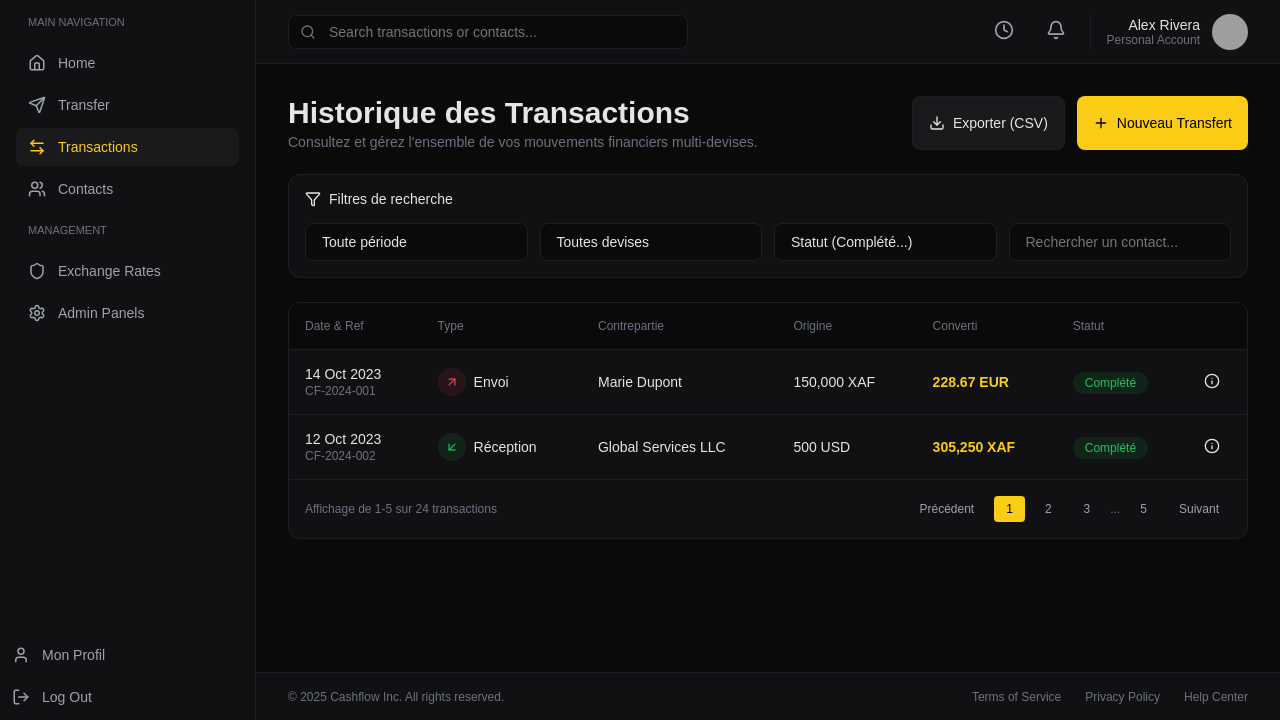
Repository: laetitiamaelle/GROUEPE5_PROGRAMMATIONWEBII_PLATEFORME_DE_TRANSFERT_MULTIDEVISE
Page: /transactions
An editor plug-in stored every save of this project. The page is shown before and after the next save, followed by the edit.
The browser window is 1280 px wide. The pictures show the whole page.
Pictures or frames that could not be fetched are drawn as grey boxes. The project was rebuilt for these pictures with package versions that can differ from the ones it lists, and the page was loaded fresh each time. The framework's server and built-in components were replaced by stand-ins that run in the browser. Also part of the build but not shown: next.config.ts.

Above is the page before, as saved 2026-05-21 10:21:43.

### app/transactions/page.tsx
import Sidebar from '@/components/Sidebar'
import HistoriqueTransactions from '@/components/HistoriqueTransactions';

export default function TransactionPage() {
    return (
        <div style={{ display: 'flex', minHeight: '100vh', background: '#0A0A0B'}}>
            <Sidebar />
            <HistoriqueTransactions />
        </div>
    )
}

### app/globals.css
* {
    margin: 0;
    padding: 0;
    box-sizing: border-box;
}

body {
    background: #0A0A0B;
    color: #E5E5E5;
    font-family: Arial, sans-serif;
}

a {
    text-decoration: none;
    color: inherit;
}

button {
    cursor: pointer;
    border: none;
    font-family: inherit;
}

### components/Sidebar.tsx
'use client'
import Link from 'next/link';
import Image from 'next/image';
import { usePathname } from 'next/navigation'
import { Home, Send, ArrowLeftRight, Users, Shield, Settings, LogOut, User } from 'lucide-react'
import '../styles/Sidebar.css'

export default function Sidebar() {
    const pathname = usePathname()

    return (
        <aside className='sidebar'>


            <nav className='nav'>
                <p className='nav-title'>MAIN NAVIGATION</p>
                <Link href="/home" className={`nav-item ${pathname === '/home' ? 'active' : ''}`}>
                    <Home size={18} /> Home
                </Link>
                <Link href="/transfert" className={`nav-item ${pathname.startsWith('/transfert') ? 'active' : ''}`}>
                    <Send size={18} /> Transfer
                </Link>
                <Link href="/transactions" className={`nav-item ${pathname === '/transactions' ? 'active' : ''}`}>
                    <ArrowLeftRight size={18} /> Transactions
                </Link>
                <Link href="#" className="nav-item">
                    <Users size={18} /> Contacts
                </Link>

                <p className="nav-title">MANAGEMENT</p>
                <Link href="/exchange-rates" className={`nav-item ${pathname === '/exchange-rates' ? 'active' : ''}`}>
                    <Shield size={18} /> Exchange Rates
                </Link>
                <Link href="/dashboard" className={`nav-item ${pathname === '/admin' ? 'active' : ''}`}>
                    <Settings size={18} /> Admin Panels
                </Link>
            </nav>

            <div className='sidebar-footer'>
                <Link href="/profil" className={`nav-item ${pathname === '/profil' ? 'active' : ''}`}>
                    <User size={18} /> Mon Profil
                </Link>
                <div className='sidebar-logout'>
                    <button className='nav-item logout-btn'>
                        <LogOut size={18} /> Log Out
                    </button>
                </div>
            </div>
        </aside>
    )
}

### components/HistoriqueTransactions.tsx
'use client'
import { Search, Clock, Bell, Download, Plus, Filter, ArrowUpRight, ArrowDownLeft, RefreshCw, Info } from 'lucide-react'
import '../styles/HistoriqueTransactions.css'
import Image from 'next/image'
import maPhoto from '../public/logo-cashflow.jpeg'

export default function HistoriqueTransactions() {
  const data = [
    { date: '14 Oct 2023', ref: 'CF-2024-001', type: 'Envoi', contact: 'Marie Dupont', origine: '150,000 XAF', converti: '228.67 EUR', statut: 'Complété' },
    { date: '12 Oct 2023', ref: 'CF-2024-002', type: 'Réception', contact: 'Global Services LLC', origine: '500 USD', converti: '305,250 XAF', statut: 'Complété' },
  ]

  return (
    <div className="main">
      <header className="topbar">
        <div className="search-box">
          <Search size={16} className="search-icon" />
          <input type="text" placeholder="Search transactions or contacts..." className="search" />
        </div>
        <div className="topbar-right">
          <button className="icon-btn"><Clock size={20} /></button>
          <button className="icon-btn"><Bell size={20} /></button>
          <div className="user">
            <div className="user-info">
              <span className="user-name">Alex Rivera</span>
              <span className="user-role">Personal Account</span>
            </div>
            <img src="https://i.pravatar.cc/40" alt="avatar" className="user-avatar" />
          </div>
        </div>
      </header>

      <div className="content">
        <div className="header">
          <div>
            <h1>Historique des Transactions</h1>
            <p>Consultez et gérez l'ensemble de vos mouvements financiers multi-devises.</p>
          </div>
          <div className="actions">
            <button className="btn-dark"><Download size={16} /> Exporter (CSV)</button>
            <button className="btn-yellow"><Plus size={16} /> Nouveau Transfert</button>
          </div>
        </div>

        <div className="filters">
          <div className="filters-title">
            <Filter size={16} />
            <span>Filtres de recherche</span>
          </div>
          <div className="filters-grid">
            <button className="filter-btn">Toute période</button>
            <button className="filter-btn">Toutes devises</button>
            <button className="filter-btn">Statut (Complété...)</button>
            <input type="text" placeholder="Rechercher un contact..." className="filter-input" />
          </div>
        </div>

        <div className="table-box">
          <table>
            <thead>
              <tr>
                <th>Date & Ref</th>
                <th>Type</th>
                <th>Contrepartie</th>
                <th>Origine</th>
                <th>Converti</th>
                <th>Statut</th>
                <th></th>
              </tr>
            </thead>
            <tbody>
              {data.map((row, i) => (
                <tr key={i}>
                  <td>
                    <span className="date">{row.date}</span>
                    <span className="ref">{row.ref}</span>
                  </td>
                  <td>
                    <div className="type-cell">
                      <div className={`type-icon ${row.type === 'Envoi' ? 'send' : row.type === 'Réception' ? 'receive' : 'convert'}`}>
                        {row.type === 'Envoi' ? <ArrowUpRight size={14} /> : row.type === 'Réception' ? <ArrowDownLeft size={14} /> : <RefreshCw size={14} />}
                      </div>
                      <span>{row.type}</span>
                    </div>
                  </td>
                  <td>{row.contact}</td>
                  <td className="montant">{row.origine}</td>
                  <td className="montant-converti">{row.converti}</td>
                  <td>
                    <span className={`statut ${row.statut === 'Complété' ? 'statut-complete' : row.statut === 'En attente' ? 'statut-attente' : 'statut-echoue'}`}>
                      {row.statut}
                    </span>
                  </td>
                  <td><Info size={16} /></td>
                </tr>
              ))}
            </tbody>
          </table>
          <div className="pagination">
            <span>Affichage de 1-5 sur 24 transactions</span>
            <div className="page-btns">
              <button>Précédent</button>
              <button className="active">1</button>
              <button>2</button>
              <button>3</button>
              <span>...</span>
              <button>5</button>
              <button>Suivant</button>
            </div>
          </div>
        </div>
      </div>

      <footer className="footer">
        <span>© 2025 Cashflow Inc. All rights reserved.</span>
        <div className="footer-links">
          <a href="#">Terms of Service</a>
          <a href="#">Privacy Policy</a>
          <a href="#">Help Center</a>
        </div>
      </footer>
    </div>
  )
}

### styles/Sidebar.css
.sidebar {
    width: 256px;
    background: #111113;
    border-right: 1px solid #1F1F23;
    display: flex;
    flex-direction: column;
    height: 100vh;
}

.logo {
    padding: 24px;
}

.logo-img {
    height: 28px;
    width: auto;
}

.nav {
    flex: 1;
    padding: 0 16px;
}

.nav-title {
    font-size: 11px;
    color: #6B7280;
    padding: 0 12px;
    margin: 16px 0;
}

.nav-item {
    display: flex;
    align-items: center;
    gap: 12px;
    padding: 10px 12px;
    border-radius: 8px;
    color: #9CA3AF;
    font-size: 14px;
    margin-bottom: 4px;
    width: 100%;
    background: none;
}

.nav-item:hover {
    background: #1A1A1D;
    color: white;
}

.nav-item.active {
    background: #1A1A1D;
    color: #FACC15;
}

.logout {
    padding: 16px;
    border-top: 1px solid #1F1F23;
}

### styles/HistoriqueTransactions.css
.main {
    flex: 1;
    display: flex;
    flex-direction: column;
}

.topbar {
    height: 64px;
    background: #111113;
    border-bottom: 1px solid #1F1F23;
    display: flex;
    align-items: center;
    justify-content: space-between;
    padding: 0 32px;
}

.search-box {
    position: relative;
    display: flex;
    align-items: center;
}

.search-icon {
    position: absolute;
    left: 12px;
    color: #6B7280;
}

.search {
    width: 400px;
    background: #0A0A0B;
    border: 1px solid #1F1F23;
    border-radius: 8px;
    padding: 8px 16px 8px 40px;
    color: white;
    font-size: 14px;
}

.topbar-right {
    display: flex;
    align-items: center;
    gap: 16px;
}

.icon-btn {
    background: none;
    color: #9CA3AF;
    padding: 8px;
    border-radius: 8px;
}

.icon-btn:hover {
    background: #1A1A1D;
}

.user {
    display: flex;
    align-items: center;
    gap: 12px;
    padding-left: 16px;
    border-left: 1px solid #1F1F23;
}

.user-info {
    text-align: right;
}

.user-name {
    display: block;
    font-size: 14px;
    font-weight: 500;
}

.user-role {
    display: block;
    font-size: 12px;
    color: #6B7280;
}

.user-avatar {
    width: 36px;
    height: 36px;
    border-radius: 50%;
}

.content {
    flex: 1;
    padding: 32px;
    overflow: auto;
}

.header {
    display: flex;
    justify-content: space-between;
    margin-bottom: 24px;
}

.header h1 {
    font-size: 30px;
    margin-bottom: 4px;
}

.header p {
    color: #6B7280;
    font-size: 14px;
}

.actions {
    display: flex;
    gap: 12px;
}

.btn-dark {
    background: #1A1A1D;
    border: 1px solid #1F1F23;
    color: #E5E5E5;
    padding: 8px 16px;
    border-radius: 8px;
    font-size: 14px;
    display: flex;
    align-items: center;
    gap: 8px;
}

.btn-yellow {
    background: #FACC15;
    color: black;
    padding: 8px 16px;
    border-radius: 8px;
    font-weight: 500;
    font-size: 14px;
    display: flex;
    align-items: center;
    gap: 8px;
}

.filters {
    background: #111113;
    border: 1px solid #1F1F23;
    border-radius: 12px;
    padding: 16px;
    margin-bottom: 24px;
}

.filters-title {
    display: flex;
    align-items: center;
    gap: 8px;
    font-size: 14px;
    margin-bottom: 16px;
}

.filters-grid {
    display: grid;
    grid-template-columns: repeat(4, 1fr);
    gap: 12px;
}

.filter-btn {
    background: #0A0A0B;
    border: 1px solid #1F1F23;
    border-radius: 8px;
    padding: 10px 16px;
    color: #E5E5E5;
    font-size: 14px;
    text-align: left;
}

.filter-input {
    background: #0A0A0B;
    border: 1px solid #1F1F23;
    border-radius: 8px;
    padding: 10px 16px;
    color: white;
    font-size: 14px;
}

.table-box {
    background: #111113;
    border: 1px solid #1F1F23;
    border-radius: 12px;
    overflow: hidden;
}

table {
    width: 100%;
    border-collapse: collapse;
}

thead {
    background: #0A0A0B;
}

th {
    text-align: left;
    padding: 16px;
    font-size: 12px;
    color: #6B7280;
    font-weight: 500;
}

td {
    padding: 16px;
    border-top: 1px solid #1F1F23;
    font-size: 14px;
}

tr:hover {
    background: #1A1A1D;
}

.date {
    font-weight: 500;
    display: block;
}

.ref {
    font-size: 12px;
    color: #6B7280;
    display: block;
    margin-top: 2px;
}

.type-cell {
    display: flex;
    align-items: center;
    gap: 8px;
}

.type-icon {
    width: 28px;
    height: 28px;
    border-radius: 50%;
    display: flex;
    align-items: center;
    justify-content: center;
}

.type-icon.send {
    background: rgba(244, 63, 94, 0.1);
    color: #F43F5E;
}

.type-icon.receive {
    background: rgba(34, 197, 94, 0.1);
    color: #22C55E;
}

.type-icon.convert {
    background: rgba(59, 130, 246, 0.1);
    color: #3B82F6;
}

.montant {
    font-weight: 500;
}

.montant-converti {
    font-weight: 600;
    color: #FACC15;
}

.statut {
    padding: 4px 12px;
    border-radius: 12px;
    font-size: 12px;
    font-weight: 500;
}

.statut-complete {
    background: rgba(34, 197, 94, 0.1);
    color: #22C55E;
}

.statut-attente {
    background: rgba(250, 204, 21, 0.1);
    color: #FACC15;
}

.statut-echoue {
    background: rgba(239, 68, 68, 0.1);
    color: #EF4444;
}

.pagination {
    padding: 16px;
    border-top: 1px solid #1F1F23;
    display: flex;
    justify-content: space-between;
    align-items: center;
    font-size: 12px;
    color: #6B7280;
}

.page-btns {
    display: flex;
    gap: 8px;
    align-items: center;
}

.page-btns button {
    background: none;
    color: #9CA3AF;
    padding: 6px 12px;
    border-radius: 4px;
    font-size: 12px;
}

.page-btns button.active {
    background: #FACC15;
    color: black;
}

.footer {
    height: 48px;
    background: #111113;
    border-top: 1px solid #1F1F23;
    display: flex;
    align-items: center;
    justify-content: space-between;
    padding: 0 32px;
    font-size: 12px;
    color: #6B7280;
}

.footer-links {
    display: flex;
    gap: 24px;
}

Loaded but not shown: app/layout.tsx (common file)

After the next save:
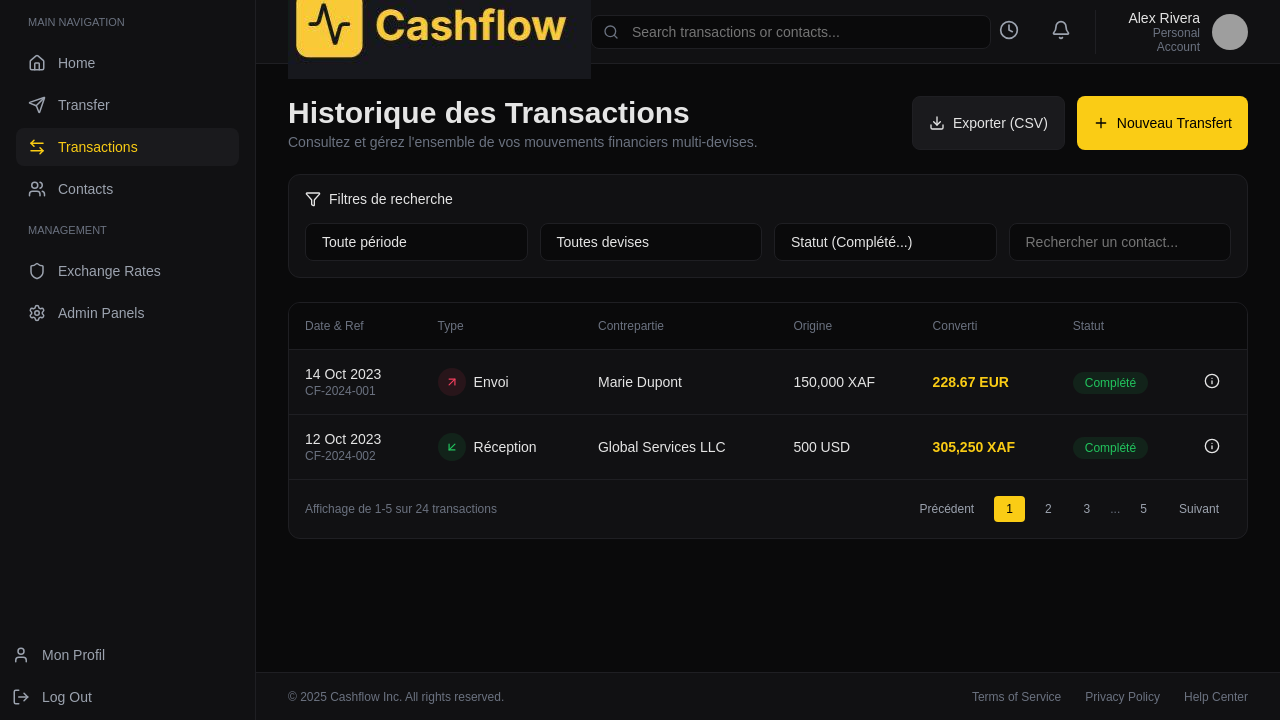
Saved 57 s later.
--- a/components/HistoriqueTransactions.tsx
+++ b/components/HistoriqueTransactions.tsx
@@ -13,6 +13,7 @@ export default function HistoriqueTransactions() {
   return (
     <div className="main">
       <header className="topbar">
+        <Image src={maPhoto} alt="Description de la photo" placeholder="blur"/>
         <div className="search-box">
           <Search size={16} className="search-icon" />
           <input type="text" placeholder="Search transactions or contacts..." className="search" />
